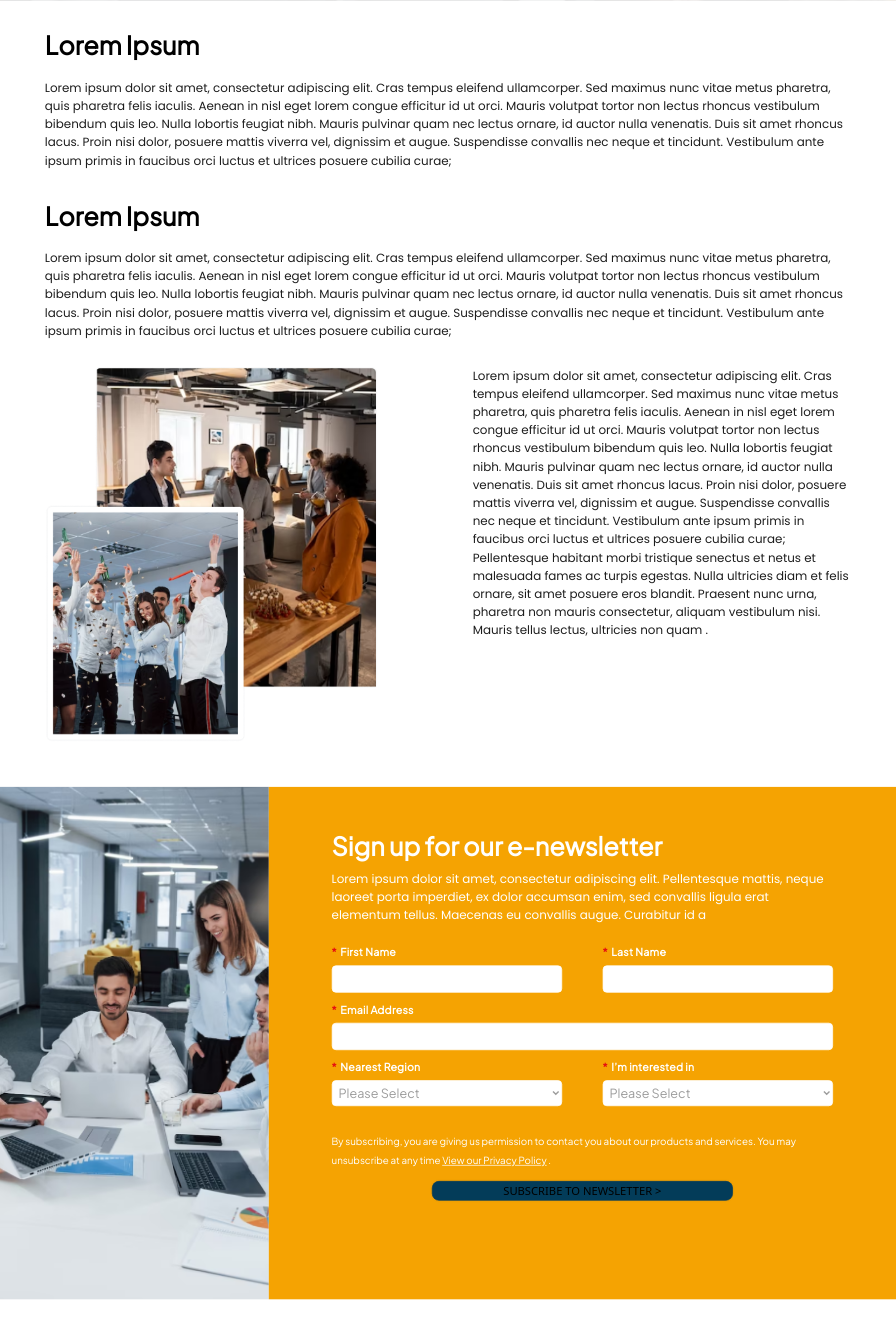
Repository: Akash8377/Hospitality-website
Page: /about-us
These files come from the project's save history. The page is drawn as it stood at one moment and after the next save; the edit follows.
The browser window is 1280 px wide. The pictures show the part of the page from y = 683 to 2603 px (the page is 2603 px tall), at 70% of full size.
Some web libraries are served in a nearby version. The project was rebuilt for these pictures with package versions that can differ from the ones it lists, and the page was loaded fresh each time. Also part of the build but not shown: src/Component/Partial/heading-cont.js, src/Component/Shared/about-us.js, src/Component/Shared/Banner.js, src/Component/Shared/popular-jobs.js, src/Component/Sliders/ServiceSlider.js, src/Component/Sliders/ReviewSlider.js, src/Component/Partial/index-banner.js, src/Component/Partial/index-buisness-banner.js and 2 more.

Above is the page before, as saved 2023-07-07 12:19:02.

### public/index.html
<!-- @format -->

<!DOCTYPE html>
<html lang="en">
  <head>
    <meta charset="utf-8" />
    <link rel="icon" href="%PUBLIC_URL%/favicon.ico" />
    <meta name="viewport" content="width=device-width, initial-scale=1" />
    <meta name="theme-color" content="#000000" />
    <meta
      name="description"
      content="Web site created using create-react-app"
    />
    <link rel="apple-touch-icon" href="%PUBLIC_URL%/logo192.png" />
    <link rel="manifest" href="%PUBLIC_URL%/manifest.json" />

    <link rel="preconnect" href="https://fonts.googleapis.com" />
    <link rel="preconnect" href="https://fonts.gstatic.com" crossorigin />
    <link href="https://fonts.googleapis.com/css2?family=Plus+Jakarta+Sans&family=Poppins&display=swap" rel="stylesheet">
    <title>React App</title>
  </head>
  <body>
    <noscript>You need to enable JavaScript to run this app.</noscript>
    <div id="root"></div>
  </body>
  <script src="https://kit.fontawesome.com/b533b351e4.js" crossorigin="anonymous"></script>
</html>

### src/index.css
/** @format */

body {
  margin: 0;
  padding: 0;
  font-family: -apple-system, BlinkMacSystemFont, "Segoe UI", "Roboto", "Oxygen",
    "Ubuntu", "Cantarell", "Fira Sans", "Droid Sans", "Helvetica Neue",
    sans-serif;
  -webkit-font-smoothing: antialiased;
  -moz-osx-font-smoothing: grayscale;
}

code {
  font-family: source-code-pro, Menlo, Monaco, Consolas, "Courier New",
    monospace;
}

### src/App.js
import React from 'react'
import {  BrowserRouter  , Route , Routes } from 'react-router-dom'
import HomePage from './Pages/HomePage'



// Css
import './Css/Navbar.css'
import './Css/Lap.css'
import AboutUs from './Pages/AboutUs'
const App = () => {
  return (
    <>
      <BrowserRouter>
        <Routes>
            <Route path='/' element={<HomePage />} />
            <Route path='/about-us' element={<AboutUs />} />
        </Routes>
      </BrowserRouter>
    </>
  )
}

export default App

### src/Css/Navbar.css
/** @format */

.Navbar {
  display: flex;
  justify-content: space-evenly;
  box-shadow: 0px 10px 30px 0px rgba(0, 0, 0, 0.25);
  background-color: #033c59;
  padding: 20px;
  align-items: center;
}
.Navbar .main {
  width: 15%;
  text-align: center;
}
.Navbar .main a {
  text-decoration: none;
  color: #fff;
  font-size: 20px;
  font-family: Plus Jakarta Sans;
  font-style: normal;
  font-weight: 400;
  line-height: 24px;
  letter-spacing: 1px;
  margin: 0;
}

.Navbar .main img {
  display: block;
  margin: auto;
  max-width: 100%;
}
.Navbar .main div {
  border-radius: 24px;
  border: 1px solid #f3f4f6;
  background: #eee;
  padding: 8px;
  display: flex;
  justify-content: space-between;
  padding-left: 10px;
  padding-right: 10px;
}
.Navbar .main div input {
  border: none;
  background-color: transparent;
  outline: none;
  color: #6b7280;
  font-size: 14px;
  font-family: Plus Jakarta Sans;
  font-style: normal;
  font-weight: 400;
  line-height: normal;
  width: 80%;
}
.Navbar .main button {
  border-radius: 8px;
  background: #f5a302;
  width: 120px;
  padding: 10px;
  color: #fff;
  text-align: center;
  font-size: 16px;
  font-family: Plus Jakarta Sans;
  font-style: normal;
  font-weight: 800;
  line-height: normal;
  outline: none;
  border: 1px solid #f5a302;
}

.Navbar .main a:focus{
    font-weight: 700;
}

### src/Css/Lap.css
/** @format */

/* Home Page Banner */
.Banner {
  min-height: 600px;
  max-height: 800px;
  width: 100%;
  background-image: url("../../public/Image/1.png");
  background-size: cover;
  background-repeat: no-repeat;
  position: relative;
}
.Banner h2 {
  color: #fff;
  text-align: center;
  font-size: 60px;
  font-family: Plus Jakarta Sans;
  font-style: normal;
  font-weight: 700;
  line-height: 90px;
}
.Banner p {
  color: rgba(255, 255, 255, 0.7);
  text-align: center;
  font-size: 17px;
  font-family: Plus Jakarta Sans;
  font-style: normal;
  font-weight: 400;
  line-height: 28px;
}

.Banner .two_button {
  display: flex;
  justify-content: center;
  gap: 20px;
}
.Banner .two_button button {
  border-radius: 10px;
  background: #033c59;
  border: 1px solid #033c59;
  box-shadow: 0px 0px 3px 0px rgba(60, 72, 88, 0.15);
  width: 457px;
  color: #fff;
  height: 92px;
  color: #fff;
  font-size: 28px;
  font-family: Plus Jakarta Sans;
  font-style: normal;
  font-weight: 700;
  line-height: normal;
  display: flex;
  justify-content: center;
  align-items: center;
  gap: 20px;
}

.Banner .Bottom_Button {
  border-radius: 10px;
  background: #f5a302;
  box-shadow: 0px 0px 3px 0px rgba(60, 72, 88, 0.15);
  color: #fff;
  text-align: center;
  font-size: 28px;
  font-family: Plus Jakarta Sans;
  font-style: normal;
  font-weight: 700;
  border: 1px solid #f5a302;
  height: 92px;
  width: 666px;
  display: flex;
  justify-content: center;
  align-items: center;
  gap: 20px;
  margin: auto;
  margin-top: 20px;
}

.Banner .content {
  position: absolute;
  top: 50%;
  left: 50%;
  transform: translate(-50%, -50%);
}

/* -------------------------- */

/* Home Page About us Section */
.Three_Div {
  display: flex;
  justify-content: space-evenly;
  gap: 20px;
  flex-wrap: wrap;
  margin-top: 2%;
  padding: 20px;
}
.Three_Div .Item {
  width: 357.126px;
}
.Three_Div .Item .upper {
  width: 100%;
  height: 381.393px;
  position: relative;
  background-image: url("../../public/Image/2.png");
}
.Three_Div .Item .upper .head {
  color: #fff;
  text-align: center;
  font-size: 36px;
  font-family: Plus Jakarta Sans;
  font-style: normal;
  font-weight: 600;
  max-width: 100%;
  width: 100%;
  margin: auto;
  position: absolute;
  bottom: 30px;
  left: 50%;
  transform: translate(-50%);
}
.Three_Div .Item .desc {
  color: #1d1d1d;
  text-align: center;
  font-size: 14px;
  font-family: Poppins;
  font-style: normal;
  font-weight: 400;
  line-height: normal;
  margin-top: 20px;
}
.Three_Div .Item button {
  border-radius: 6px;
  border: 1px solid #f5a302;
  background: #fef6e6;
  padding: 5px 21.02px 5px 21px;
  display: block;
  margin: auto;
  color: #f5a302;
  text-align: center;
  font-size: 15px;
  font-family: Plus Jakarta Sans;
  font-style: normal;
  font-weight: 600;
  line-height: 28px;
  letter-spacing: 0.375px;
}

/* Home Page Heading Container*/
.Center_Heading {
  margin-top: 5%;
}
.Center_Heading h5 {
  color: #161c2d;
  text-align: center;
  font-size: 36px;
  font-family: Plus Jakarta Sans;
  font-style: normal;
  font-weight: 600;
  line-height: 39px;
}
.Center_Heading .desc {
  color: #1d1d1d;
  text-align: center;
  font-size: 14px;
  font-family: Poppins;
  font-style: normal;
  font-weight: 400;
  line-height: normal;
  max-width: 600px;
  margin: auto;
}

/* Home Page Popular Jobs */
.Popular_Jobs {
  padding: 20px;
}
.Popular_Jobs table {
  table-layout: fixed;
  width: 90%;
  margin: auto;
  text-align: center;
}
.Popular_Jobs table tbody td .flex-cont {
  display: flex;
  gap: 5px;
  justify-content: center;
  align-items: center;
}

.Popular_Jobs table tbody tr {
  margin-top: 30px 0 !important;
  border-radius: 4px;
  background: rgba(255, 255, 255, 0);
  box-shadow: 0px 0px 3px 0px rgba(60, 72, 88, 0.15);
  border: 1px solid rgba(255, 255, 255, 0);
}
.Popular_Jobs table tbody tr td {
  padding: 10px;
}
.Popular_Jobs table tbody td .flex-cont p {
  color: #161c2d;
  font-size: 17px;
  font-family: Plus Jakarta Sans;
  font-style: normal;
  font-weight: 600;
  line-height: 28px;
  margin: 0;
}
.Popular_Jobs table tbody td .flex-cont button {
  border-radius: 6px;
  border: 1px solid #005479;
  background: #005479;
  color: #fff;
  text-align: center;
  font-size: 15px;
  font-family: Plus Jakarta Sans;
  font-style: normal;
  font-weight: 600;
  line-height: 28px;
  letter-spacing: 0.375px;
}
.Popular_Jobs table tbody td .flex-cont i {
  color: #005479;
  width: 40px;
  height: 40px;
  border: 1px solid #005479;
  text-align: center;
  border-radius: 100%;
  background-color: rgba(3, 0, 129, 0.05);
  padding: 10px;
}
.Popular_Jobs table tbody td .flex-vertical-cont {
  display: flex;
  flex-direction: column;
}
.Popular_Jobs table tbody td .flex-vertical-cont p {
  margin: 0;
  color: #161c2d;
  font-size: 15px;
  font-family: Plus Jakarta Sans;
  font-style: normal;
  font-weight: 700;
  line-height: 28px;
}
.Popular_Jobs table tbody td .flex-vertical-cont select {
  border-radius: 6px;
  border: 1px solid #777;
  background: #eee;
  width: 164px;
  margin: auto;
  outline: none;
  color: #777;
  font-size: 14px;
  font-family: Plus Jakarta Sans;
  font-style: normal;
  font-weight: 400;
  line-height: 20px;
}
.Popular_Jobs table tbody td .flex-vertical-cont div {
  display: flex;
  gap: 5px;
  align-items: center;
  justify-content: center;
}
.Popular_Jobs table tbody td .flex-vertical-cont div p {
  color: #94a3b8;
  font-size: 15px;
  font-family: Plus Jakarta Sans;
  font-style: normal;
  font-weight: 400;
  line-height: 28px;
}
.Popular_Jobs table tbody td .flex-vertical-cont div i {
  color: #94a3b8;
}

/* Home Page Service Slider */
.Service_Slider_Container {
  position: relative;
  margin-top: 20px;
}
.Service_Slider_Container .Service_Slider .Main {
  width: 421px !important;
  height: 506px !important;
  position: relative;
  display: block !important;
  margin: auto;
}
.Service_Slider_Container .Service_Slider .Main img {
  position: absolute;
  top: 0;
  bottom: 0;
  left: 0;
  right: 0;
  z-index: -1;
}
.Service_Slider_Container .slick-arrow {
  display: none !important;
}

.Service_Slider_Container .Service_Slider .Main .head {
  color: #fff;
  text-align: center;
  font-size: 36px;
  font-family: Plus Jakarta Sans;
  font-style: normal;
  font-weight: 600;
  line-height: 28px;
  position: absolute;
  top: 50%;
  left: 50%;
  transform: translate(-50%, -50%);
  width: 100%;
}
.Service_Slider_Container .Service_Slider .Main button {
  display: flex;
  gap: 10px;
  align-items: center;
  border-radius: 6px;
  border: 1px solid #fff;
  background: #fff;
  width: 148.49px;
  height: 37.865px;
  color: #000;
  text-align: center;
  font-size: 15px;
  font-family: Plus Jakarta Sans;
  font-style: normal;
  font-weight: 600;
  line-height: 28px;
  letter-spacing: 0.375px;
  position: absolute;
  top: 70%;
  left: 50%;
  transform: translate(-50%, -50%);
  text-align: center;
  justify-content: center;
}

/* Home Page Review Slider */
.Review_Slider_Container {
  position: relative;
  margin-top: 30px;
  margin-bottom: 20px;
}
.Review_Slider_Container .Review_Slider .Main {
  width: 357px !important;
  height: 466px !important;
  position: relative;
  display: block !important;
  margin: auto;
  background: #fff;
  box-shadow: 0px 20px 40px 10px rgba(159, 159, 159, 0.15),
    0px -10px 50px 0px rgba(0, 0, 0, 0.1);
  padding: 20px;
}

.Review_Slider_Container .slick-arrow {
  display: none !important;
}
.Review_Slider_Container .Review_Slider .Main .User_Profile {
  display: flex;
  justify-content: space-between;
  max-width: 90%;
  gap: 10px;
  align-items: center;
}

.Review_Slider_Container .Review_Slider .Main .User_Profile img {
  width: 73px;
  height: 73px;
  border-radius: 100%;
}
.Review_Slider_Container .Review_Slider .Main .User_Profile p {
  margin: 0;
}

.Review_Slider_Container .Review_Slider .Main .User_Profile div .head {
  color: #000;
  font-size: 22px;
  font-family: Plus Jakarta Sans;
  font-style: normal;
  font-weight: 700;
  line-height: 39px;
}
.Review_Slider_Container .Review_Slider .Main .User_Profile div .desc {
  color: #9c9c9c;
  font-size: 15px;
  font-family: Plus Jakarta Sans;
  font-style: normal;
  font-weight: 700;
  line-height: 39px;
}

.Review_Slider_Container .Review_Slider .Main .Reviews {
  display: flex;
  align-items: center;
  justify-content: space-between;
  margin-top: 10px;
}
.Review_Slider_Container .Review_Slider .Main .Reviews div {
  display: flex;
  gap: 5px;
}
.Review_Slider_Container .Review_Slider .Main .Reviews div i {
  color: #ffc107;
  font-size: 23px;
}

.Review_Slider_Container .Review_Slider .Main .Reviews p {
  margin: 0;
  color: #9c9c9c;
  font-size: 15px;
  font-family: Plus Jakarta Sans;
  font-style: normal;
  font-weight: 700;
  line-height: 39px;
}
.Review_Slider_Container .Review_Slider .Main .content {
  text-align: left;
  margin-top: 10px;
}
.Review_Slider_Container .Review_Slider .Main .content p {
  color: #000;
  font-size: 17px;
  font-family: Plus Jakarta Sans;
  font-style: normal;
  font-weight: 400;
  line-height: 28px;
}

/* Index Two Sec Banner */
.Index_Banner_Two_Sec {
  display: flex;
  width: 90%;
  margin: auto;
  align-items: stretch;
  margin-top: 2%;
  justify-content: center;
  height: 550px;
  max-width: 1200px;
  margin-bottom: 20px;
}
.Index_Banner_Two_Sec .left {
  width: 30%;
  display: flex;
  justify-content: flex-end;
}
.Index_Banner_Two_Sec .left img {
  width: auto;
  max-height: 100%;
}

.Index_Banner_Two_Sec .right {
  width: 70%;
  background-color: #f5a302;
  position: relative;
}
.Index_Banner_Two_Sec .right .content {
  position: absolute;
  top: 50%;
  left: 50%;
  transform: translate(-50%, -50%);
  width: 90%;
  margin: auto;
}
.Index_Banner_Two_Sec .right .content h5 {
  color: #fff;
  font-family: Plus Jakarta Sans;
  font-size: 36px;
  font-style: normal;
  font-weight: 600;
  line-height: 54px;
}
.Index_Banner_Two_Sec .right .content p {
  color: #fff;
  font-family: Plus Jakarta Sans;
  font-size: 17px;
  font-style: normal;
  line-height: 28px;
}
.Index_Banner_Two_Sec .right .content ul {
  list-style: none;
  padding-left: 0;
}
.Index_Banner_Two_Sec .right .content ul li {
  display: flex;
  gap: 10px;
  align-items: center;
}
.Index_Banner_Two_Sec .right .content ul li span {
  color: #fff;
  font-family: Plus Jakarta Sans;
  font-size: 15px;
  font-style: normal;
  font-weight: 400;
  line-height: 28px;
}

/* Index Buisness Banner */
.Index_Buisness_Banner {
  display: flex;
  justify-content: space-evenly;
  width: 90%;
  margin: auto;
  margin-top: 5%;
}
.Index_Buisness_Banner .left {
  width: 50%;
  padding: 20px;
}
.Index_Buisness_Banner .left h5 {
  color: #161c2d;
  font-family: Plus Jakarta Sans;
  font-size: 36px;
  font-style: normal;
  font-weight: 600;
  line-height: 39px;
}
.Index_Buisness_Banner .left p {
  color: #1d1d1d;
  font-family: Poppins;
  font-size: 14px;
  font-style: normal;
  font-weight: 400;
  line-height: normal;
  max-width: 60%;
}
.Index_Buisness_Banner .left .Two_Sec {
  display: flex;
  justify-content: space-between;
  flex-wrap: wrap;
}

.Index_Buisness_Banner .left .Two_Sec .Main {
  width: 49%;
  border-radius: 4px;
  background: #f8fafc;
  box-shadow: 0px 0px 3px 0px rgba(60, 72, 88, 0.15);
  padding: 20px;
  display: flex;
  align-items: flex-start;
  gap: 10px;
  margin-top: 20px;
}
.Index_Buisness_Banner .left .Two_Sec .Main div {
  display: flex;
  flex-direction: column;
  width: 60%;
}
.Index_Buisness_Banner .left .Two_Sec .Main div h6 {
  color: #161c2d;
  font-family: Plus Jakarta Sans;
  font-size: 16px;
  font-style: normal;
  font-weight: 600;
  line-height: 28px;
}

.Index_Buisness_Banner .left .Two_Sec .Main div p {
  color: #005479;
  font-family: Plus Jakarta Sans;
  font-size: 14px;
  font-style: normal;
  font-weight: 400;
  line-height: 20px;
  width: 100%;
}
.Index_Buisness_Banner .left .Last_Text {
  display: flex;
  gap: 10px;
  color: #94a3b8;
  text-align: center;
  font-family: Plus Jakarta Sans;
  font-size: 15px;
  font-style: normal;
  font-weight: 600;
  line-height: 28px;
  letter-spacing: 0.375px;
  align-items: center;

  margin: 0;
  margin-top: 10px;
}
.Index_Buisness_Banner .right {
  width: 30%;
}
.Index_Buisness_Banner .right img {
  max-width: 100%;
  display: block;
  margin: auto;
}

/* Footer  */
.Footer {
  background: #f5a302;
  margin-top: 5%;
  padding-bottom: 50px;
}
.Footer .Upper_Div {
  display: flex;
  width: 90%;
  margin: auto;
  justify-content: space-between;
  padding-top: 2%;
  align-items: center;
}
.Footer .Upper_Div div {
  width: 15%;
}
.Footer .Upper_Div div p {
  margin: 0;
  color: #fff;
  font-family: Plus Jakarta Sans;
  font-size: 20px;
  font-style: normal;
  font-weight: 800;
  line-height: normal;
}
.Footer .Upper_Div div button {
  color: #fff;
  text-align: center;
  font-family: Plus Jakarta Sans;
  font-size: 16px;
  font-style: normal;
  font-weight: 800;
  border-radius: 8px;
  background: #005479;
  border: 1px solid #005479;
  width: 100%;
  padding: 10px;
  line-height: normal;
}

.Footer .Down_Div {
  display: flex;
  justify-content: space-between;
  width: 90%;
  margin: auto;
  margin-top: 40px;
}

.Footer .Down_Div .left h5 {
  color: #fff;
  font-family: Plus Jakarta Sans;
  font-size: 26px;
  font-style: normal;
  font-weight: 700;
  line-height: 39px;
}
.Footer .Down_Div .left .two_sec {
  display: flex;
  align-items: center;
  gap: 10px;
  margin-top: 30px;
}
.Footer .Down_Div .left .two_sec p {
  margin: 0;
  color: #fff;
  font-family: Plus Jakarta Sans;
  font-size: 17px;
  font-style: normal;
  font-weight: 500;
  line-height: normal;
}
.Footer .Down_Div .left .two_sec i {
  color: #fff;
  font-size: 20px;
}

.Footer .Down_Div .left .copyRight {
  color: #fff;
  font-family: Plus Jakarta Sans;
  font-size: 20px;
  margin-top: 40px;
  font-style: normal;
  font-weight: 500;
  line-height: normal;
}

/* About Us Page */
.AboutUs {
  min-height: 600px;
  max-height: 800px;
  width: 100%;
  background-image: url("../../public/Image/11.png");
  background-size: cover;
  background-repeat: no-repeat;
  position: relative;
}
.AboutUs h2 {
  color: #fff;
  text-align: center;
  font-size: 36px;
  font-family: Plus Jakarta Sans;
  font-style: normal;
  font-weight: 700;
  line-height: 90px;
}
.AboutUs p {
  color: rgba(255, 255, 255, 0.7);
  text-align: center;
  font-size: 14px;
  font-family: Plus Jakarta Sans;
  font-style: normal;
  font-weight: 400;
  line-height: 28px;
}

.AboutUs .content {
  position: absolute;
  top: 60%;
  left: 50%;
  transform: translate(-50%, -50%);
}

.About_Us-Content {
  width: 90%;
  margin: auto;
  margin-top: 3%;
}
.About_Us-Content h5 {
  color: #000;
  font-family: Plus Jakarta Sans;
  font-size: 36px;
  font-style: normal;
  font-weight: 600;
  line-height: 54px;
}
.About_Us-Content p {
  color: #1d1d1d;
  font-family: Poppins;
  font-size: 17px;
  font-style: normal;
  font-weight: 400;
  line-height: normal;
  margin-top: 20px;
}

.About_Us-two_Sec {
  display: flex;
  width: 90%;
  margin: auto;
  justify-content: space-between;
  margin-top: 3%;
}
.About_Us-two_Sec .right {
  width: 70%;
  text-align: left;
  display: flex;
  justify-content: flex-end;
}
.About_Us-two_Sec .right p {
  max-width: 80%;
  color: #1d1d1d;
  font-family: Poppins;
  font-size: 17px;
  font-style: normal;
  font-weight: 400;
  line-height: normal;
}

.About-Us_Newsletter {
  display: flex;
  align-items: stretch;
  max-height: 900px;
  margin-top: 5%;
  margin-bottom: 5%;
}
.About-Us_Newsletter .left {
  width: 30%;
}
.About-Us_Newsletter .left img {
  height: 100%;
  width: 100%;
}

.About-Us_Newsletter .right {
  background: #f5a302;
  width: 70%;
  padding-top: 5%;
}
.About-Us_Newsletter .right .content {
  width: 80%;
  margin: auto;
}
.About-Us_Newsletter .right .content h5 {
  color: #fff;
  font-family: Plus Jakarta Sans;
  font-size: 36px;
  font-style: normal;
  font-weight: 700;
  line-height: 39px;
}
.About-Us_Newsletter .right .content .desc {
  color: #fff;
  font-family: Poppins;
  font-size: 17px;
  font-style: normal;
  font-weight: 400;
  line-height: normal;
  margin-top: 2%;
}
.About-Us_Newsletter .right .content form {
  margin-top: 2%;
}
.About-Us_Newsletter .right .content form .Two_Inputs {
  display: flex;
  gap: 20px;
  justify-content: space-between;
  align-items: center;
}
.About-Us_Newsletter .right .content form .Two_Inputs div {
  width: 46%;
  display: flex;
  flex-direction: column;
  gap: 5px;
  margin-top: 10px;
}
.About-Us_Newsletter .right .content form .Two_Inputs div label {
  color: #fff;
  font-family: Plus Jakarta Sans;
  font-size: 15px;
  font-style: normal;
  font-weight: 700;
  line-height: 28px;
  letter-spacing: 0.375px;
  display: flex;
  gap: 5px;
}
.About-Us_Newsletter .right .content form .Two_Inputs div label span {
  color: #e51111;
}
.About-Us_Newsletter .right .content form .Two_Inputs div input {
  border-radius: 6px;
  border: 1px solid #fff;
  background: #fff;
  width: 100%;
  padding: 5px;
  outline: none;
  font-family: Plus Jakarta Sans;
  font-size: 18px;
  font-style: normal;
}
.About-Us_Newsletter .right .content form .Single_Input {
  margin-top: 10px;
}
.About-Us_Newsletter .right .content form .Single_Input div {
  width: 100%;
  display: flex;
  flex-direction: column;
  gap: 5px;
}
.About-Us_Newsletter .right .content form .Single_Input div label {
  color: #fff;
  font-family: Plus Jakarta Sans;
  font-size: 15px;
  font-style: normal;
  font-weight: 700;
  line-height: 28px;
  letter-spacing: 0.375px;
  display: flex;
  gap: 5px;
}
.About-Us_Newsletter .right .content form .Single_Input div input {
  border-radius: 6px;
  border: 1px solid #fff;
  background: #fff;
  width: 100%;
  padding: 5px;
  outline: none;
  font-family: Plus Jakarta Sans;
  font-size: 18px;
  font-style: normal;
}
.About-Us_Newsletter .right .content form .Single_Input div label span {
  color: #e51111;
}
.About-Us_Newsletter .right .content form .Two_Inputs div select {
  border-radius: 6px;
  border: 1px solid #fff;
  background: #fff;
  width: 100%;
  padding: 5px;
  outline: none;
  font-family: Plus Jakarta Sans;
  font-size: 18px;
  font-style: normal;
  color: #9c9c9c;
}

.About-Us_Newsletter .right .content .Policy {
  color: #fff;
  font-family: Plus Jakarta Sans;
  font-size: 14px;
  font-style: normal;
  font-weight: 400;
  line-height: 28px;
  margin-top: 5%;
}
.About-Us_Newsletter .right .content .Policy span {
  text-decoration: underline;
}
.About-Us_Newsletter .right .content .NewsLetter_Button{
  border-radius: 10px;
background: #033C59;
box-shadow: 0px 0px 3px 0px rgba(60, 72, 88, 0.15);
width: 60%;
display: block;
margin: auto;
border: 1px solid #033C59;
}

### src/Pages/AboutUs.js
/** @format */

import React from "react";
import Navbar from "../Component/Navbar/Navbar";
import Banner from "../Component/Partial/About Us Component/Banner";
import ContentDescription from "../Component/Partial/About Us Component/content-description";
import Newsletter from "../Component/Partial/About Us Component/Newsletter";
import TwoSection from "../Component/Partial/About Us Component/two-section";

const AboutUs = () => {
  return (
    <>
      <Navbar />
      <Banner />
      <ContentDescription />
      <ContentDescription />
      <TwoSection />
      <Newsletter />
    </>
  );
};

export default AboutUs;

Loaded but not shown: src/index.js (common file); src/Component/Partial/About Us Component/Newsletter.js (77 lines, source omitted); src/Component/Partial/About Us Component/two-section.js (33 lines, source omitted); src/Component/Partial/About Us Component/Banner.js (18 lines, source omitted); src/Component/Navbar/Navbar.js (45 lines, source omitted); src/Component/Partial/About Us Component/content-description.js (12 lines, source omitted)

After the next save:
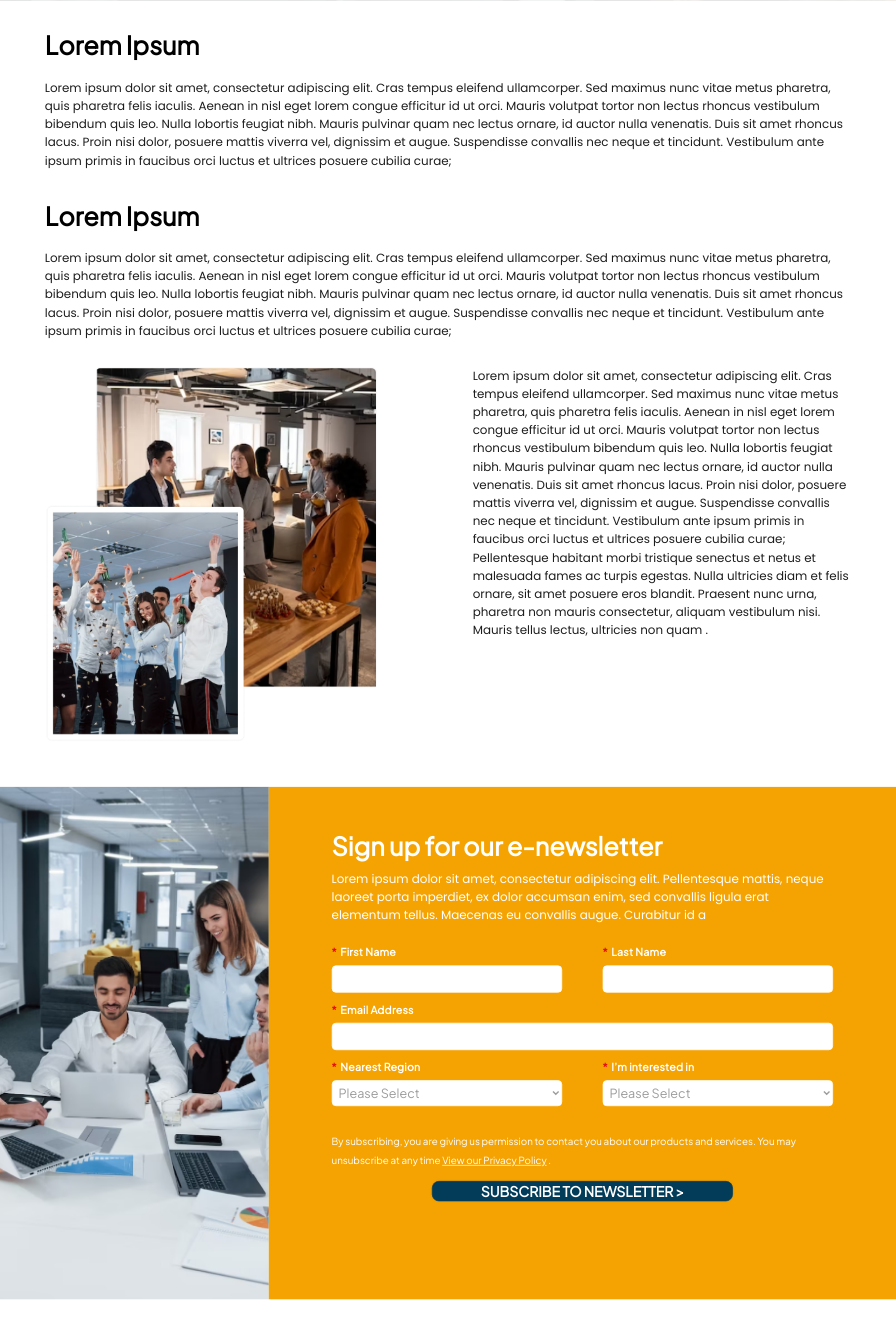
Saved 8 s later.
--- a/src/Css/Lap.css
+++ b/src/Css/Lap.css
@@ -908,4 +908,11 @@ width: 60%;
 display: block;
 margin: auto;
 border: 1px solid #033C59;
-}
+color: #FFF;
+text-align: center;
+font-family: Plus Jakarta Sans;
+font-size: 20px;
+font-style: normal;
+font-weight: 700;
+line-height: normal;
+}
